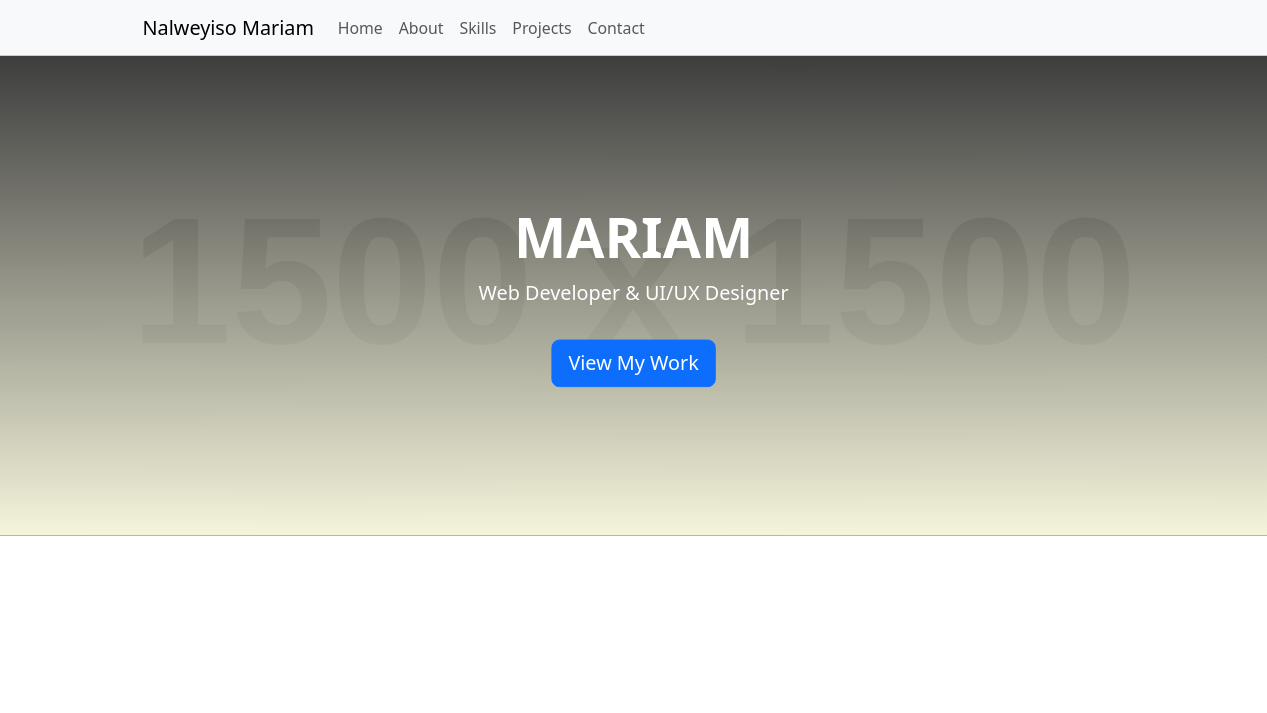
Repository: NalweMari/My-Personal-Portfolio
Page: index.html
The author's editor kept a copy of each file at every save. The page is drawn from the files as they stood at one save, then again after the next save.
The browser window is 1280 px wide. The pictures show the whole page, at 99% of full size.

Above is the page before, as saved 2025-11-27 12:41:06.
Console error (its wording comes from the project's code and is left out).

After the next save:
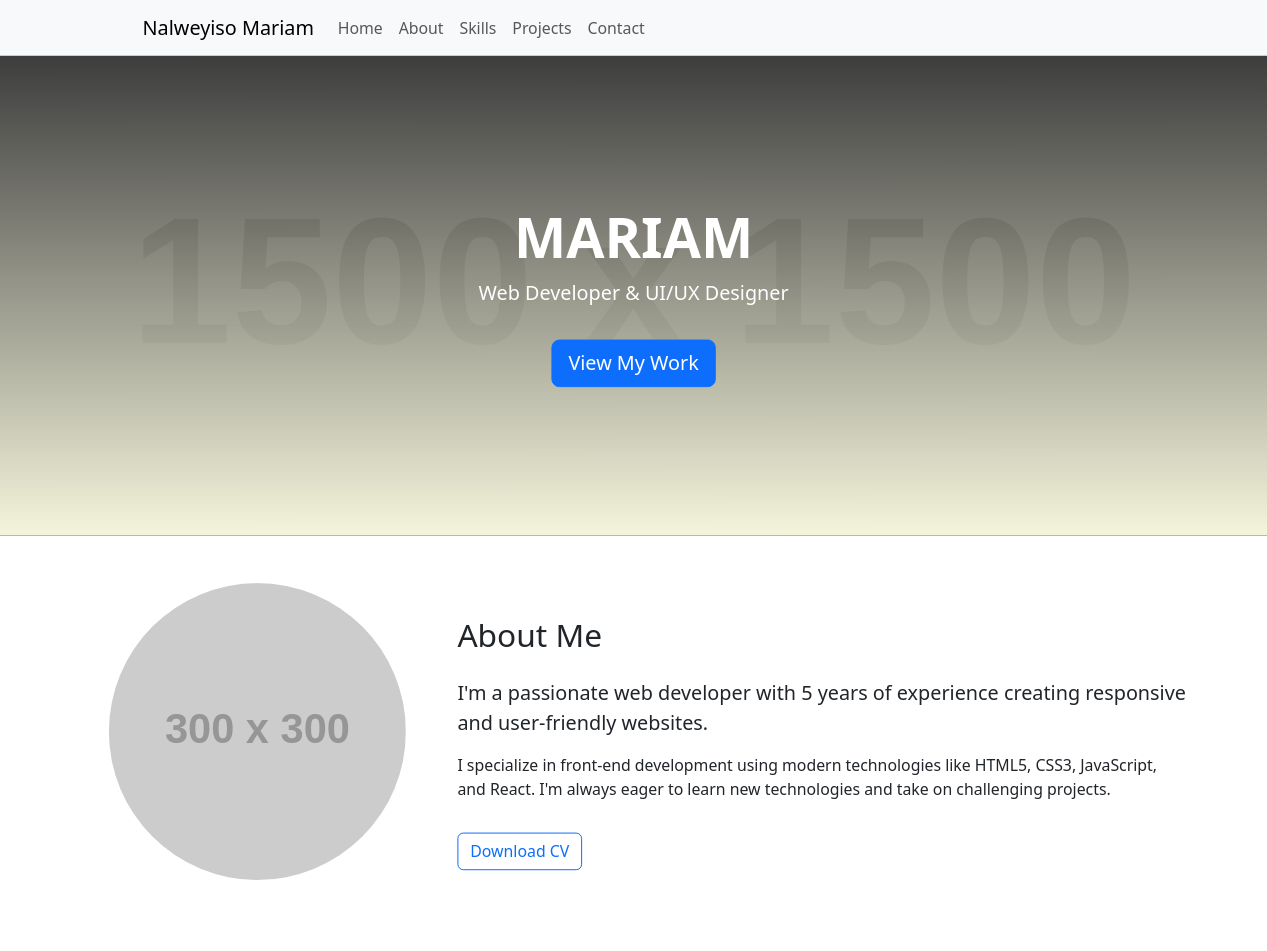
Saved 73 s later.
--- a/index.html
+++ b/index.html
@@ -51,7 +51,20 @@
         </div>
         <div></div>
     </section>
-
+<section id="about" class="py-5">
+        <div class="container">
+            <div class="row align-items-center">
+                <div class="col-md-4 text-center mb-4">
+                    <img src="https://via.placeholder.com/300" alt="Profile" class="img-fluid rounded-circle">
+                </div>
+                <div class="col-md-8">
+                    <h2 class="mb-4">About Me</h2>
+                    <p class="lead">I'm a passionate web developer with 5 years of experience creating responsive and user-friendly websites.</p>
+                    <p>I specialize in front-end development using modern technologies like HTML5, CSS3, JavaScript, and React. I'm always eager to learn new technologies and take on challenging projects.</p>
+                    <a href="#" class="btn btn-outline-primary mt-3">Download CV</a>
+                </div>
+            </div>
+        </div>
     <script src="https://stackpath.bootstrapcdn.com/bootstrap/4.5.2/js/bootstrap.min.js"></script>
 </body>
 
